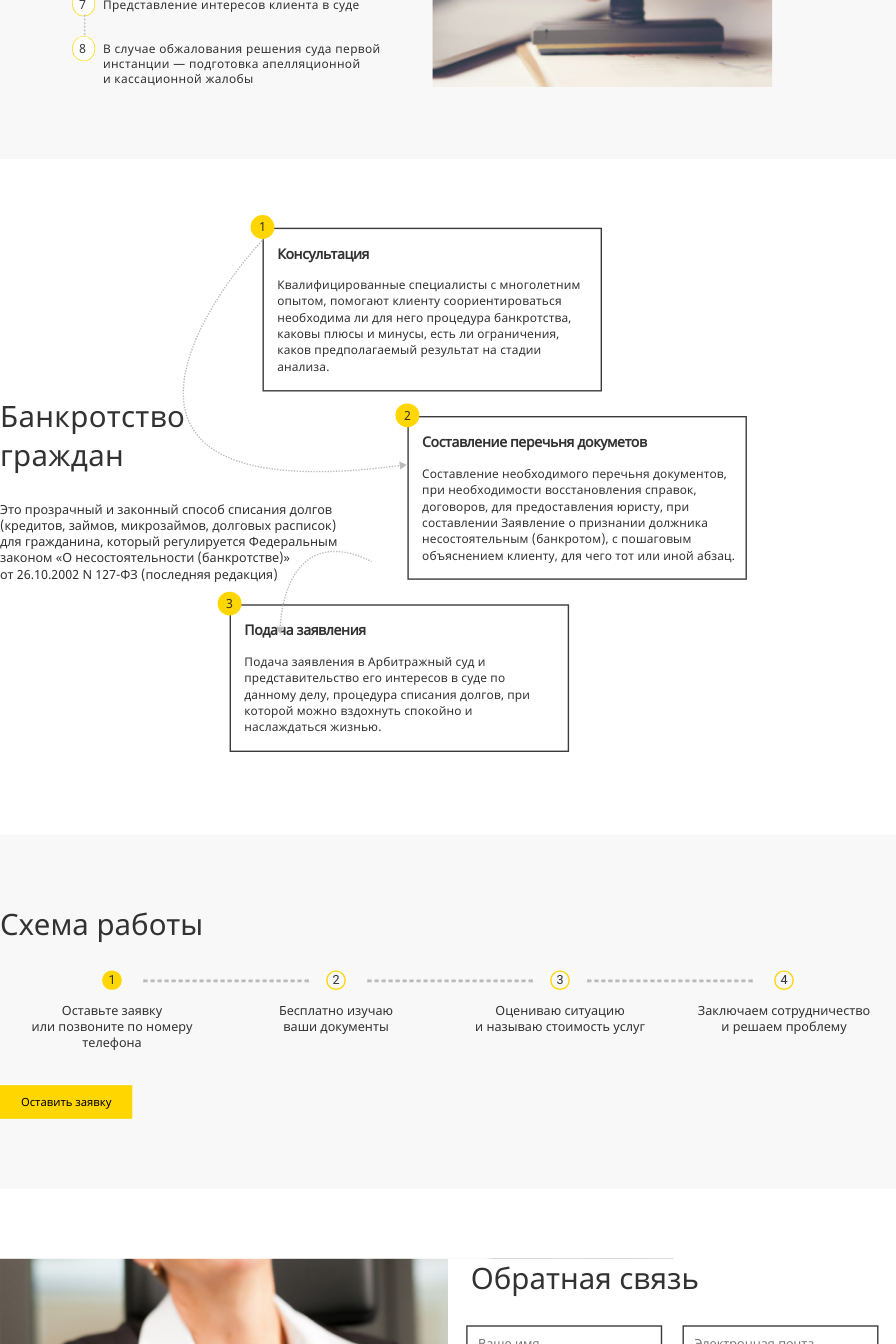
Repository: Nisovaki/antei
Page: http://localhost/
The author's editor kept a copy of each file at every save. The page is drawn from the files as they stood at one save, then again after the next save.
The browser window is 1280 px wide. The pictures show the part of the page from y = 2945 to 4865 px (the page is 6064 px tall), at 70% of full size.
The page is run by PHP 8.4 with error messages shown; the project is at /var/www/html/. Style sheets and scripts are compiled from the project's sources, by tool versions that may differ from the author's.

Above is the page before, as saved 2022-03-19 02:50:26.

After the next save:
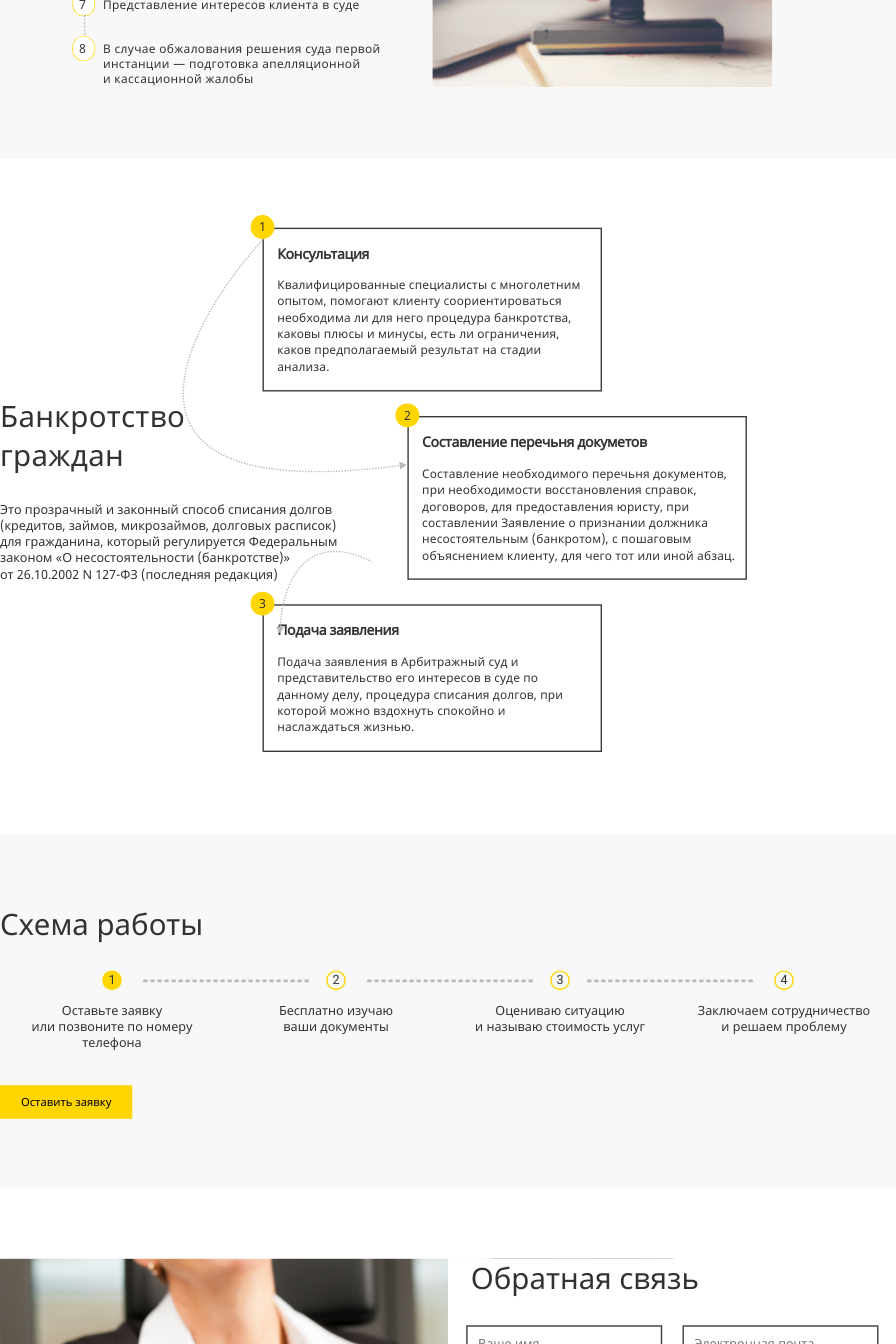
Saved 4 s later.
--- a/sass/block/_smash.sass
+++ b/sass/block/_smash.sass
@@ -30,7 +30,7 @@
             &--indent-3
                 position: absolute
                 top: 636px
-                right: 467px
+                right: 420px
         &__num
             position: absolute
             top: -20px
